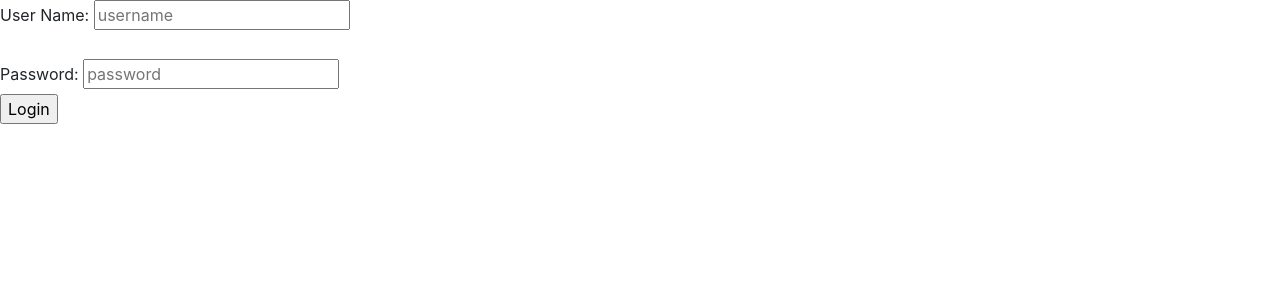
Repository: bhupendraJanghel/myFristRepo
Page: http://localhost/spring-mvc-security/showMyLoginPage
An editor plug-in stored every save of this project. The page is shown before and after the next save, followed by the edit.
The browser window is 1280 px wide. The pictures show the whole page.
The page is served by Tomcat 9.

Above is the page before, as saved 2019-07-12 06:55:12.

After the next save:
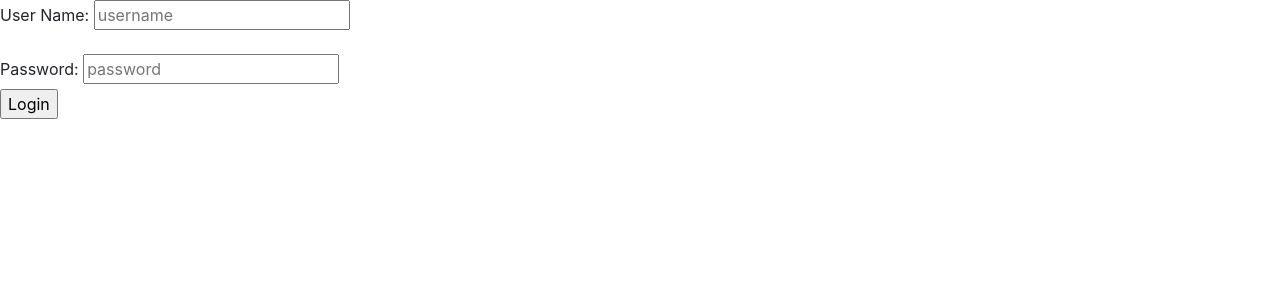
Saved 42 s later.
--- a/spring-mvc-security/src/main/webapp/WEB-INF/view/plain-login.jsp
+++ b/spring-mvc-security/src/main/webapp/WEB-INF/view/plain-login.jsp
@@ -17,8 +17,9 @@
 </head>
 <body>
 
-	<form:form id="form-1" action="${pageContext.request.contextPath}/authenticateTheUser " method="post">
+	<form:form id="form-1" action="${pageContext.request.contextPath}/authenticateTheUser " >
 
+	<csd
 
 		<label for="input-1">User Name:</label>
 		<input id="input-1" placeholder="username" name="username" type="text"/>

After the save that followed:
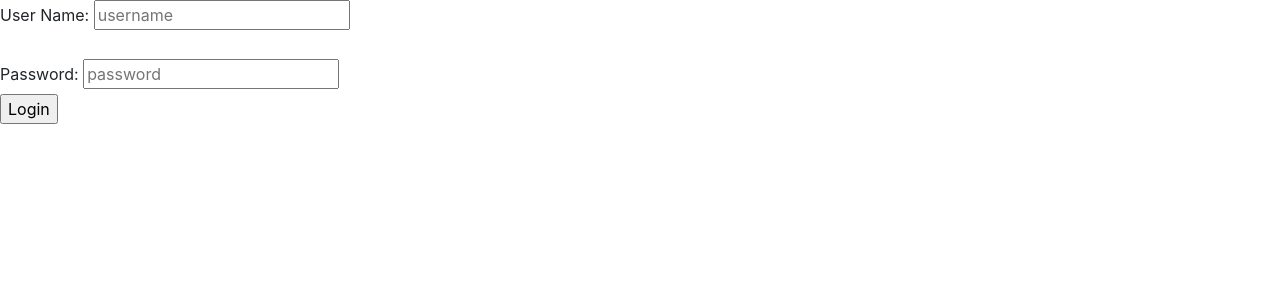
Saved 6 min 34 s later.
--- a/spring-mvc-security/src/main/webapp/WEB-INF/view/plain-login.jsp
+++ b/spring-mvc-security/src/main/webapp/WEB-INF/view/plain-login.jsp
@@ -1,33 +1,38 @@
 <%@ page language="java" contentType="text/html; charset=ISO-8859-1"
-    pageEncoding="ISO-8859-1"%>
-    <%@taglib uri="http://java.sun.com/jsp/jstl/core" prefix="c" %>
-    <%@taglib uri="http://www.springframework.org/tags/form" prefix="form" %>
+	pageEncoding="ISO-8859-1"%>
+<%@taglib uri="http://java.sun.com/jsp/jstl/core" prefix="c"%>
+<%@taglib uri="http://www.springframework.org/tags/form" prefix="form"%>
 <!DOCTYPE html>
 <html>
 <head>
 
-    <meta charset="utf-8">
-    <meta name="viewport" content="width=device-width, initial-scale=1, shrink-to-fit=no">
+<meta charset="utf-8">
+<meta name="viewport"
+	content="width=device-width, initial-scale=1, shrink-to-fit=no">
 
 
-    <link rel="stylesheet" href="https://stackpath.bootstrapcdn.com/bootstrap/4.3.1/css/bootstrap.min.css" integrity="sha384-ggOyR0iXCbMQv3Xipma34MD+dH/1fQ784/j6cY/iJTQUOhcWr7x9JvoRxT2MZw1T" crossorigin="anonymous">
+<link rel="stylesheet"
+	href="https://stackpath.bootstrapcdn.com/bootstrap/4.3.1/css/bootstrap.min.css"
+	integrity="sha384-ggOyR0iXCbMQv3Xipma34MD+dH/1fQ784/j6cY/iJTQUOhcWr7x9JvoRxT2MZw1T"
+	crossorigin="anonymous">
 
 <meta charset="ISO-8859-1">
 <title>Login page</title>
 </head>
 <body>
 
-	<form:form id="form-1" action="${pageContext.request.contextPath}/authenticateTheUser " >
+	<form:form id="form-1"
+		action="${pageContext.request.contextPath}/authenticateTheUser ">
 
-	<csd
 
-		<label for="input-1">User Name:</label>
-		<input id="input-1" placeholder="username" name="username" type="text"/>
-		<br/></br>
-		<label for="input-2">Password:</label>
-		<input id="input-2" placeholder="password" name="password" type="text"/>
-		<br/>
-		<input id="input-3" placeholder="Text" type="submit" value="Login"/>
+
+	<label for="input-1">User Name:</label>
+			<input id="input-1" placeholder="username" name="username" type="text"/>
+			<br/>
+		</br>
+		<label for="input-2">Password:</label> <input id="input-2"
+			placeholder="password" name="password" type="text" /> <br />
+		<input id="input-3" placeholder="Text" type="submit" value="Login" />
 	</form:form>
 
 </body>
